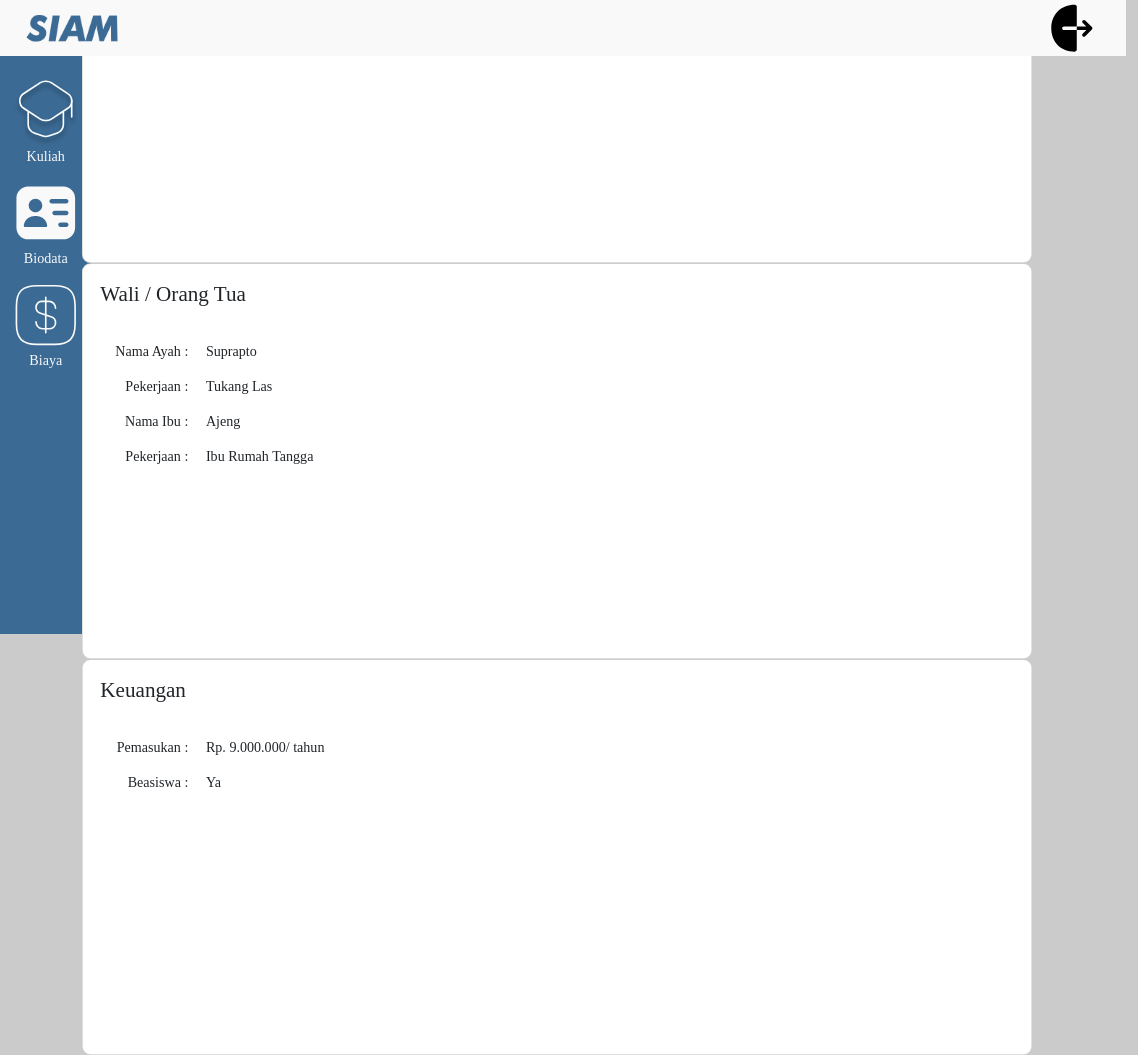
Repository: haikalirf/Project-IMK
Page: biodata.html
An editor plug-in stored every save of this project. The page is shown before and after the next save, followed by the edit.
The browser window is 1280 px wide. The page is 1293 px wide, then 1280 px, then 1293 px, so the pictures cover 1293 px, including what lies to the right of the window. The pictures show the whole page, at 88% of full size.
Some web fonts or font styles are not loaded; a fallback is used.

Above is the page before, as saved 2022-12-16 17:50:04.
Not found: scripts/.js

After the next save:
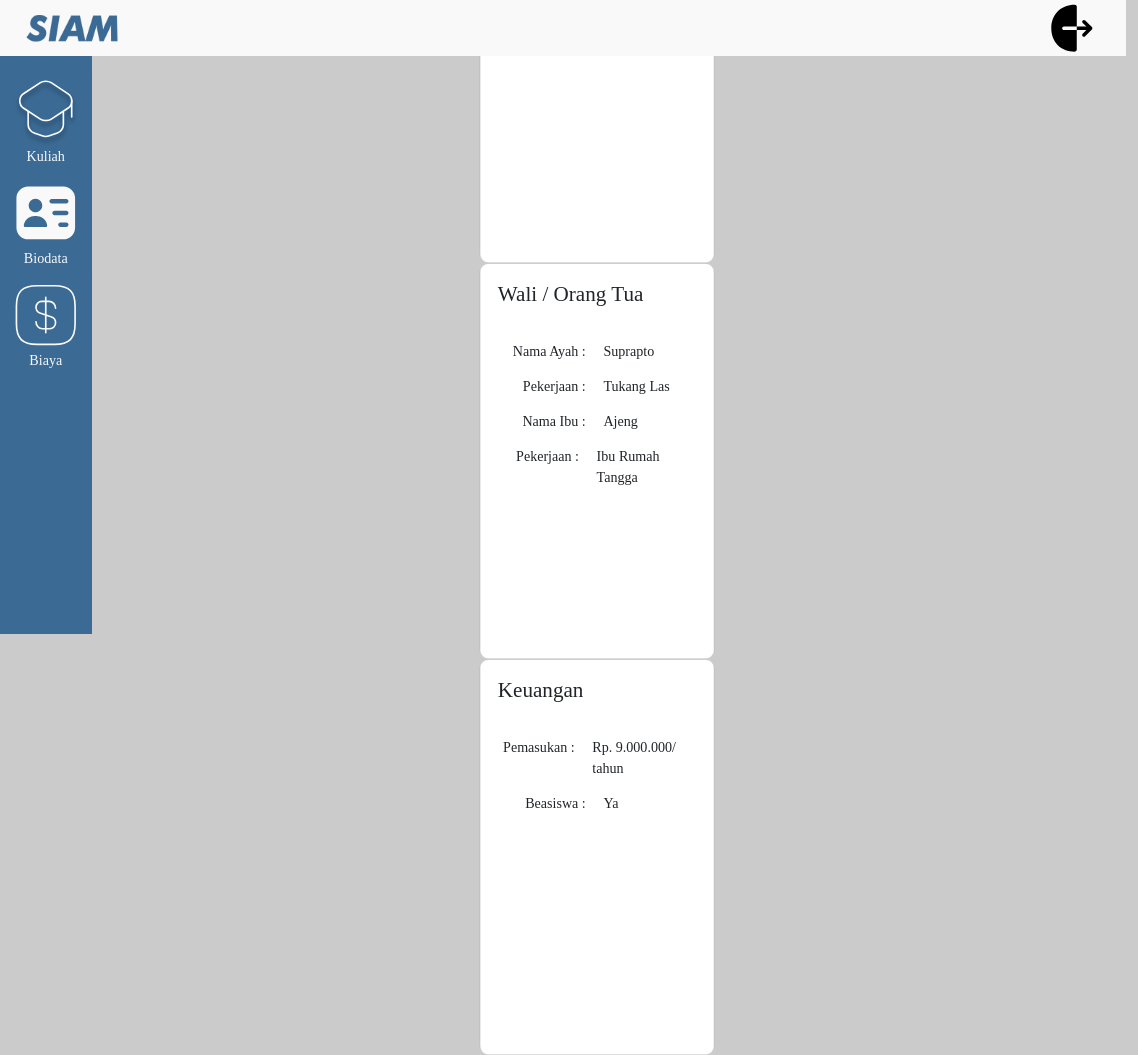
Saved 17 s later.
--- a/styles/biodata.css
+++ b/styles/biodata.css
@@ -168,5 +168,7 @@ a img, a label {
 
 	.kumpulan-data {
 		flex-direction: column;
+		width: auto;
+		hegi
 	}
 }

After the 2 saves that followed:
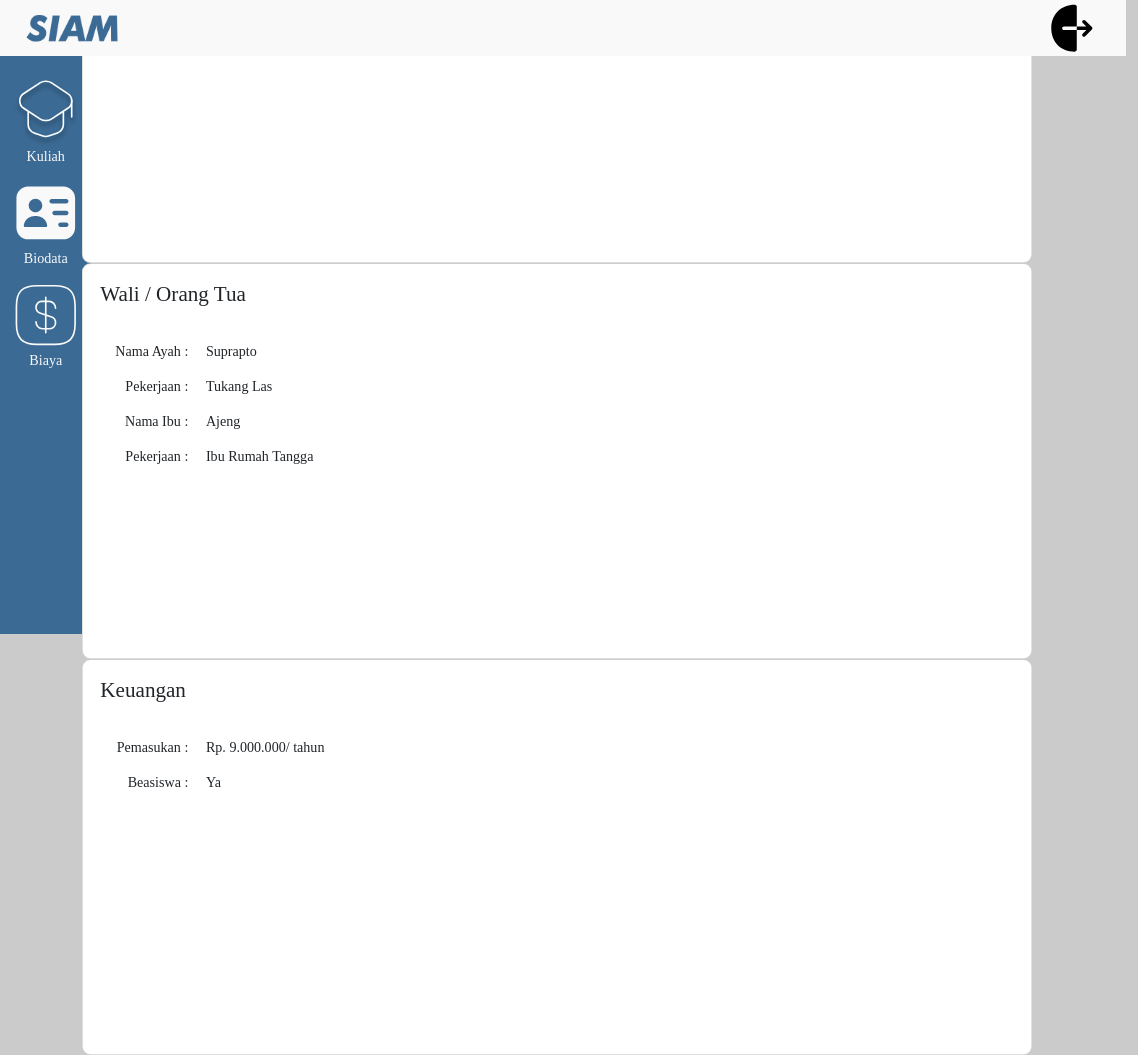
The 2 saves are shown as one change because 1 left the picture as it was.
The last was saved 54 s later.
--- a/styles/biodata.css
+++ b/styles/biodata.css
@@ -168,7 +168,5 @@ a img, a label {
 
 	.kumpulan-data {
 		flex-direction: column;
-		width: auto;
-		hegi
 	}
 }
